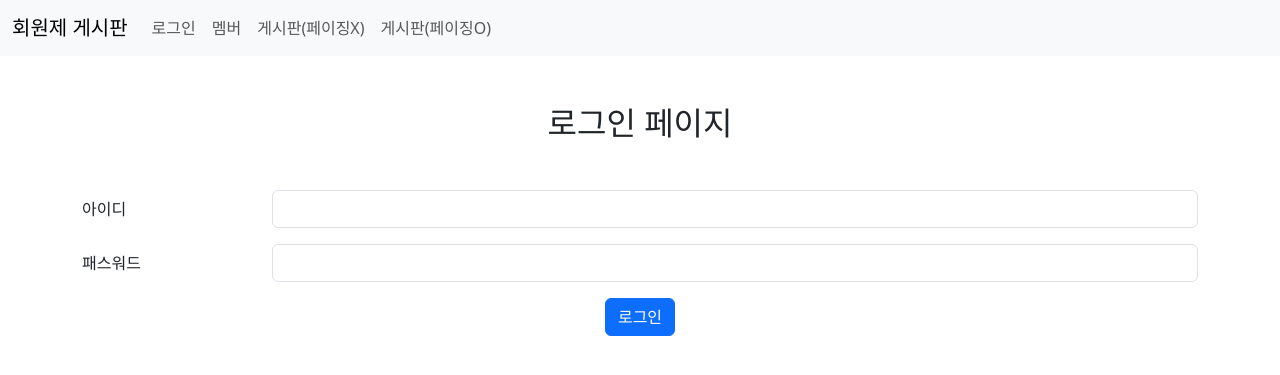
Repository: jungwoonAn/jsp_basic
Page: http://localhost/MustHaveJSP/Common/LoginForm.jsp
These files come from the project's save history. The page is drawn as it stood at one moment and after the next save; the edit follows.
The browser window is 1280 px wide. The pictures show the whole page.
The page is served by Tomcat 10.

Above is the page before, as saved 2024-10-23 02:18:00.

After the next save:
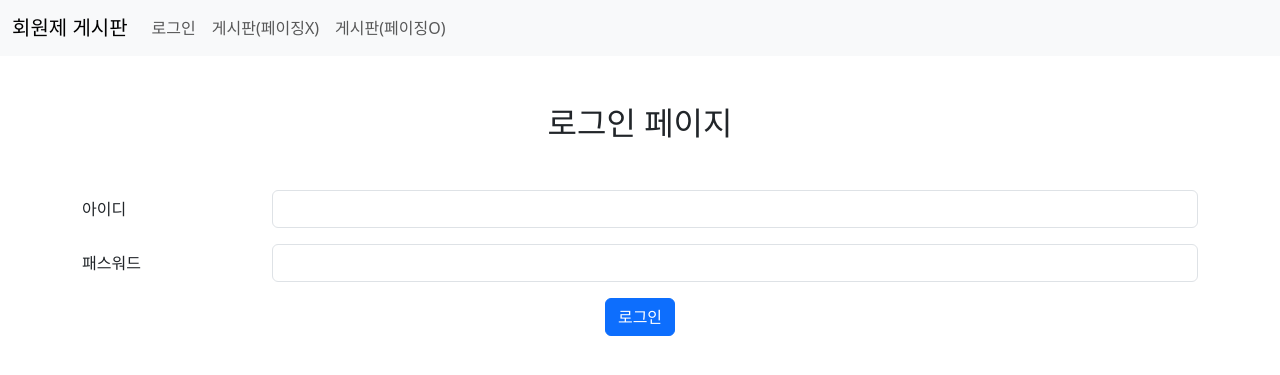
Saved 49 s later.
--- a/MustHaveJSP/src/main/webapp/Common/BSLink.jsp
+++ b/MustHaveJSP/src/main/webapp/Common/BSLink.jsp
@@ -24,9 +24,6 @@
 		}
 		%>
         <li class="nav-item">
-          <a class="nav-link" href="../06_Session/List.jsp">멤버</a>
-        </li>
-        <li class="nav-item">
           <a class="nav-link" href="../BS_Board/List.jsp">게시판(페이징X)</a>
         </li>
         <li class="nav-item">
